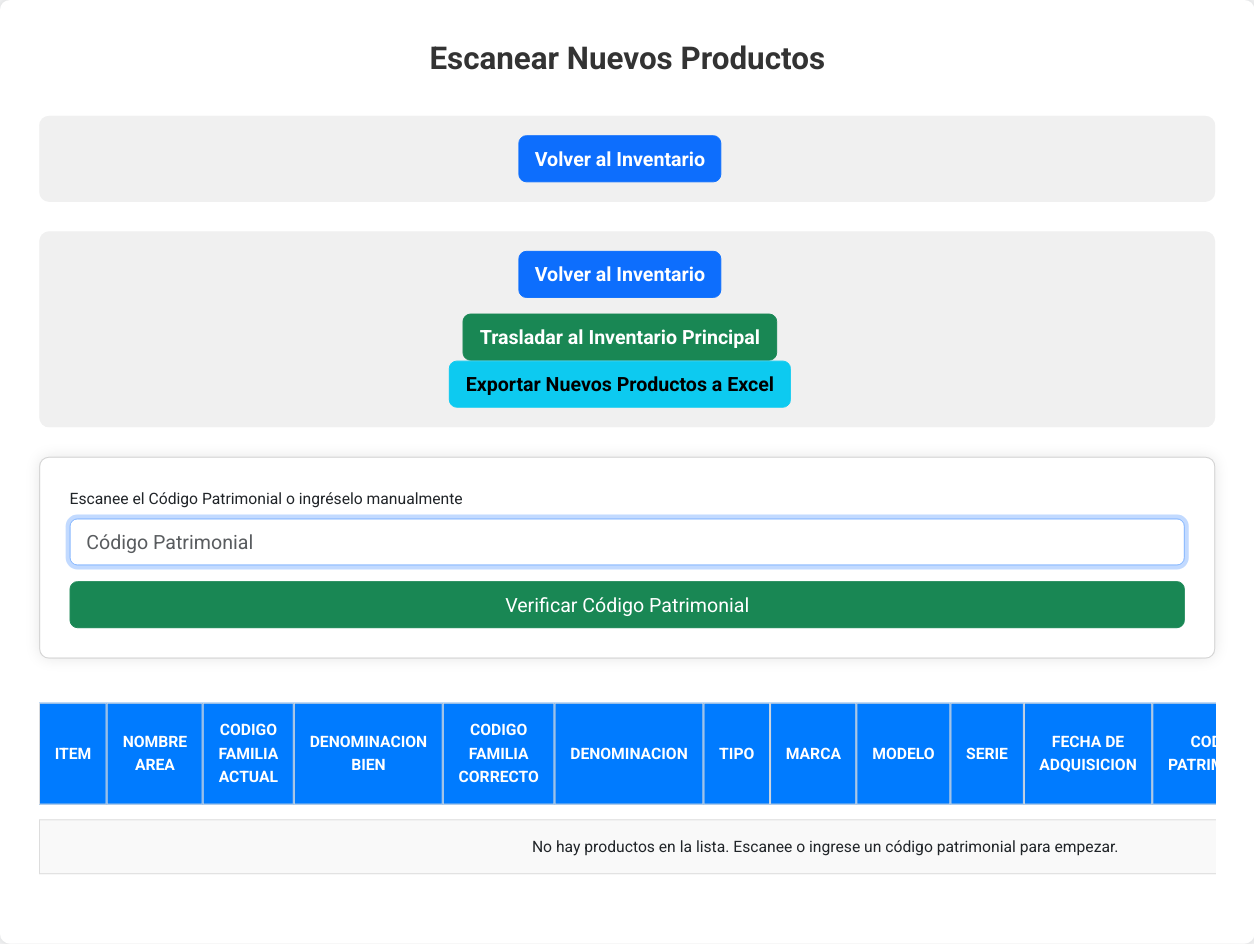
Repository: jorgemendozapachecoo-coder/PROYECTO-INVENTARIO-ESCANER-LOGISTICA-HJCM
Page: http://localhost/realinventario/new_products_scan.php
These files come from the project's save history. The page is drawn as it stood at one moment and after the next save; the edit follows.
The browser window is 1280 px wide. The pictures show the whole page, at 98% of full size.
The page is run by PHP 8.4 with error messages shown; the project is at /var/www/html/. The session is filled in as if someone had signed in: {"id_usuario": 1, "nombre_usuario": "testuser", "tipo_usuario": "admin"}. Queries for data that is not in the repository find no rows.

Above is the page before, as saved 2024-12-15 07:21:41.

After the next save:
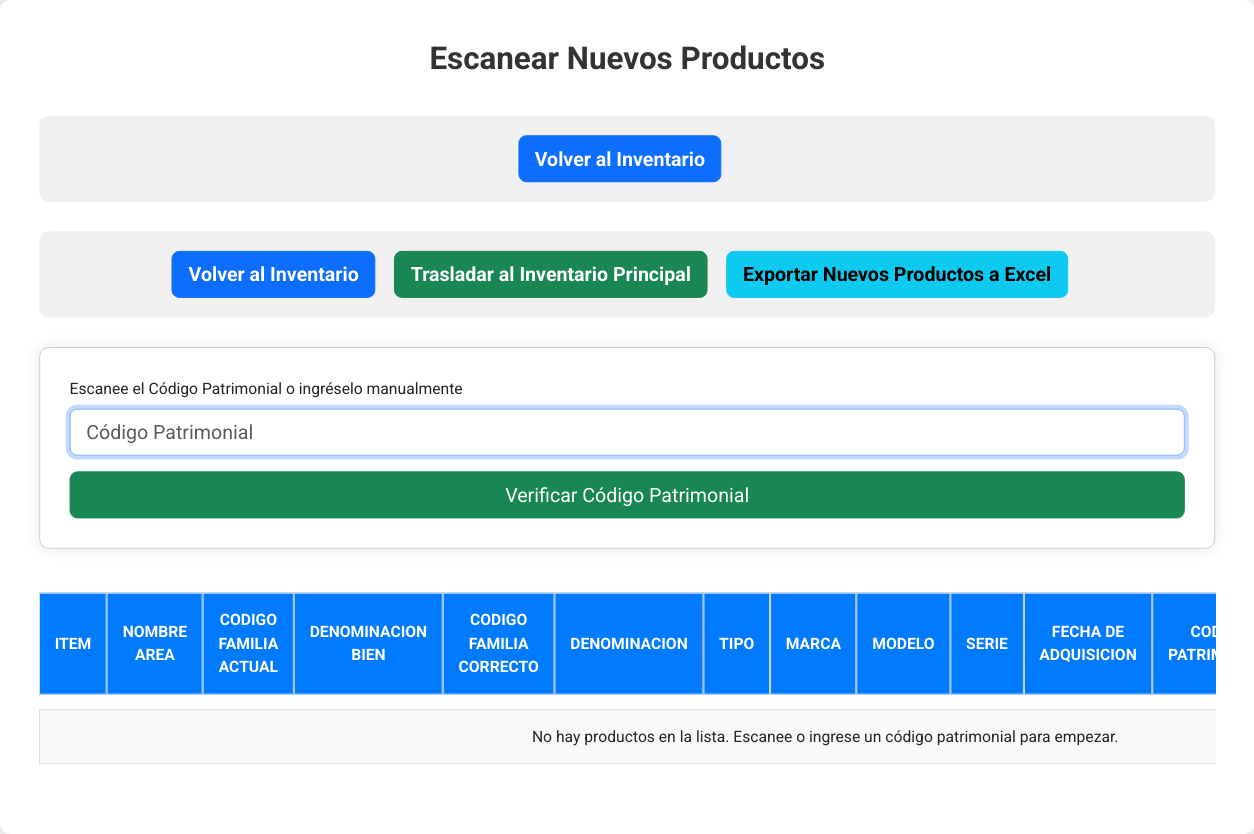
Saved 51 s later.
--- a/new_products_scan.php
+++ b/new_products_scan.php
@@ -155,7 +155,7 @@ if (isset($_GET['delete_id'])) {
     exit;
 }
 
-/// Transferir productos de PRODUCTOS_NUEVOS al INVENTARIO con ITEM incrementado
+// Transferir productos de PRODUCTOS_NUEVOS al INVENTARIO
 if (isset($_POST['transfer_products'])) {
     // Obtener todos los productos de PRODUCTOS_NUEVOS
     $sqlGetProducts = "SELECT * FROM PRODUCTOS_NUEVOS";
@@ -163,22 +163,13 @@ if (isset($_POST['transfer_products'])) {
 
     if ($resultProducts && $resultProducts->num_rows > 0) {
         $transferCount = 0;
-
-        // Iterar por cada producto y transferir
         while ($product = $resultProducts->fetch_assoc()) {
-            // Obtener el último ITEM de la tabla INVENTARIO
-            $sqlLastItem = "SELECT MAX(ITEM) AS last_item FROM INVENTARIO";
-            $resultLastItem = $conn->query($sqlLastItem);
-            $lastItemRow = $resultLastItem->fetch_assoc();
-            $newItem = ($lastItemRow['last_item'] ?? 0) + 1; // Incrementar ITEM
-
-            // Insertar el producto en INVENTARIO con ITEM incrementado
-            $sqlInsertInventory = "INSERT INTO INVENTARIO (ITEM, CODIGO_PATRIMONIAL, NOMBRE_AREA, CODIGO_FAMILIA_ACTUAL, DENOMINACION_BIEN, CODIGO_FAMILIA_CORRECTO, DENOMINACION, TIPO, MARCA, MODELO, SERIE, FECHA_ADQUISICION, FECHA_ACTUAL, ANTIGÜEDAD)
-                                   VALUES (?, ?, ?, ?, ?, ?, ?, ?, ?, ?, ?, ?, ?, ?)";
+            // Insertar cada producto en INVENTARIO
+            $sqlInsertInventory = "INSERT INTO INVENTARIO (CODIGO_PATRIMONIAL, NOMBRE_AREA, CODIGO_FAMILIA_ACTUAL, DENOMINACION_BIEN, CODIGO_FAMILIA_CORRECTO, DENOMINACION, TIPO, MARCA, MODELO, SERIE, FECHA_ADQUISICION, FECHA_ACTUAL, ANTIGÜEDAD)
+                                   VALUES (?, ?, ?, ?, ?, ?, ?, ?, ?, ?, ?, ?, ?)";
             $stmtInsertInventory = $conn->prepare($sqlInsertInventory);
             $stmtInsertInventory->bind_param(
-                "issssssssssssi",
-                $newItem,
+                "ssssssssssssi",
                 $product['CODIGO_PATRIMONIAL'],
                 $product['NOMBRE_AREA'],
                 $product['CODIGO_FAMILIA_ACTUAL'],
@@ -199,8 +190,11 @@ if (isset($_POST['transfer_products'])) {
             }
         }
 
-        // Mensaje de éxito
-        $mensaje = "Se trasladaron {$transferCount} productos al inventario principal.";
+        if ($transferCount > 0) {
+            $mensaje = "Se trasladaron {$transferCount} productos al inventario principal.";
+        } else {
+            $mensaje = "No se pudieron trasladar los productos. Por favor, intenta de nuevo.";
+        }
     } else {
         $mensaje = "No hay productos en la lista de nuevos productos para trasladar.";
     }
@@ -293,10 +287,8 @@ $result = $conn->query($sql);
         </div>
         <div class="button-container text-center mt-3">
     <a href="view_inventory.php" class="btn btn-primary btn-lg">Volver al Inventario</a>
-    <form method="POST" action="new_products_scan.php" class="text-center mt-3">
-    <button type="submit" name="transfer_products" class="btn btn-success btn-lg">
-        Trasladar al Inventario Principal
-    </button>
+    <form method="POST" action="new_products_scan.php" class="d-inline">
+        <button type="submit" name="transfer_products" class="btn btn-success btn-lg">Trasladar al Inventario Principal</button>
     </form>
     <a href="export_new_products.php" class="btn btn-info btn-lg">Exportar Nuevos Productos a Excel</a>
 </div>
